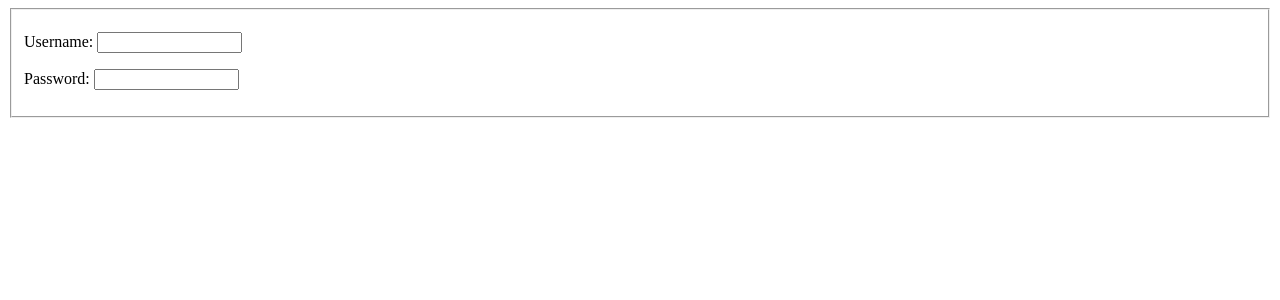
Repository: Helianthusss/Learn-CPP
Page: HTML/lap2/bai7.html
These files come from the project's save history. The page is drawn as it stood at one moment and after the next save; the edit follows.
The browser window is 1280 px wide. The pictures show the whole page.

Above is the page before, as saved 2021-09-23 22:11:52.

After the next save:
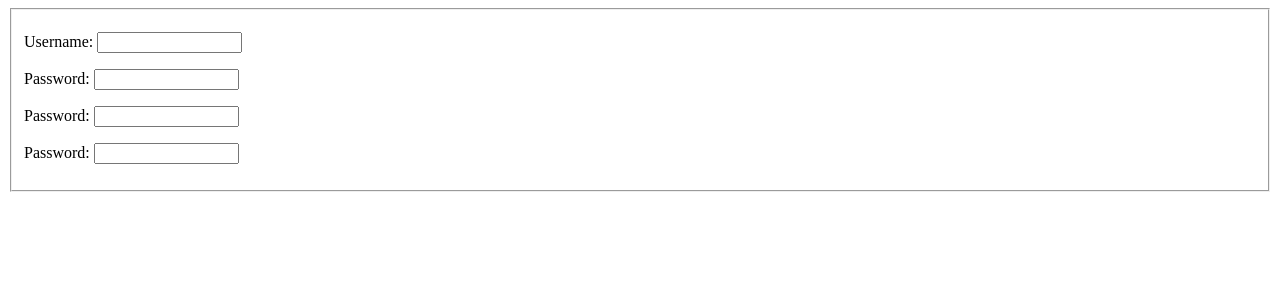
Saved 48 s later.
--- a/HTML/lap2/bai7.html
+++ b/HTML/lap2/bai7.html
@@ -17,6 +17,14 @@
           Password:
           <input type="password" name="password" size="15" maxlength="30" />
         </p>
+        <p>
+          Password:
+          <input type="password" name="password" size="15" maxlength="30" />
+        </p>
+        <p>
+          Password:
+          <input type="password" name="password" size="15" maxlength="30" />
+        </p>
       </fieldset>
     </form>
   </body>
